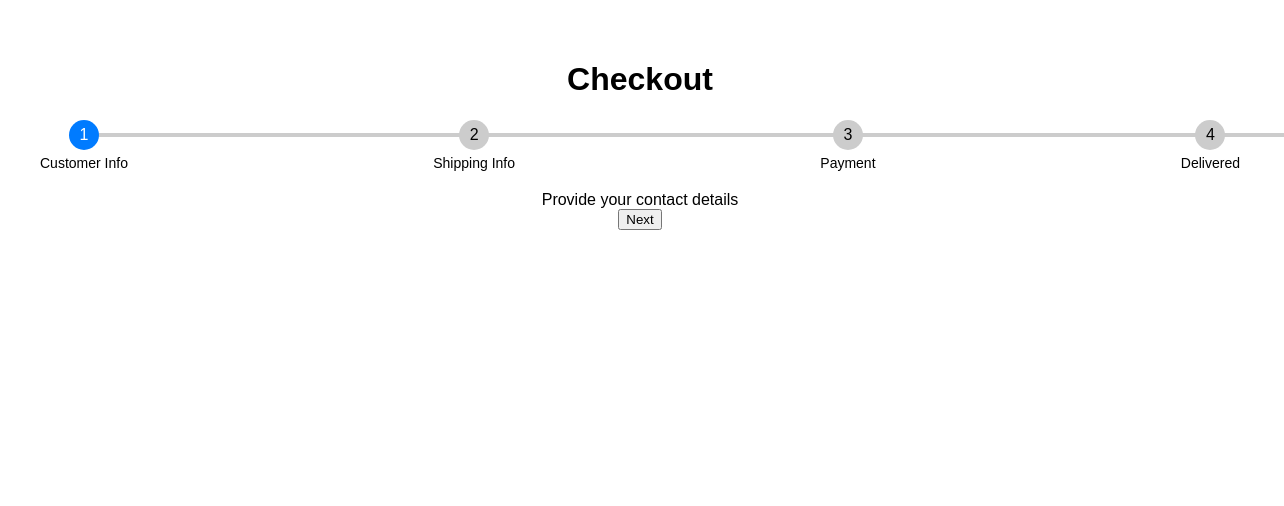
Repository: s-babaeizadeh/stepper-react
Page: /
The author's editor kept a copy of each file at every save. The page is drawn from the files as they stood at one save, then again after the next save.
The browser window is 1280 px wide. The page is 1284 px wide, then 1280 px, then 1284 px, so the pictures cover 1284 px, including what lies to the right of the window. The pictures show the whole page.
The project was rebuilt for these pictures with package versions that can differ from the ones it lists, and the page was loaded fresh each time. Also part of the build but not shown: vite.config.js.

Above is the page before, as saved 2024-08-10 12:09:45.

### src/App.jsx
import { Component, useState } from "react";

import "./App.css";
import CheckoutSteeper from "./components/CheckoutSteeper";

const CHECKOUT_STEPS = [
  {
    name: "Customer Info",
    Component: () => <div>Provide your contact details</div>,
  },
  {
    name: "Shipping Info",
    Component: () => <div>Enter you shipping address</div>,
  },
  {
    name: "Payment",
    Component: () => <div>Complete payment for your order</div>,
  },
  {
    name: "Delivered",
    Component: () => <div>Your order has been delivered</div>,
  },
];

function App() {
  return (
    <>
      <h1>Checkout</h1>
      <CheckoutSteeper stepsConfig={CHECKOUT_STEPS} />
    </>
  );
}

export default App;

### src/index.css
body {
  font-family: sans-serif;
}

.stepper {
  position: relative;
  display: flex;
  justify-content: space-between;
  align-items: center;
  margin-bottom: 20px;
}

.step {
  display: flex;
  flex-direction: column;
  align-items: center;
}

.step-number {
  width: 30px;
  height: 30px;
  border-radius: 50%;
  background-color: #ccc;
  display: flex;
  justify-content: center;
  align-items: center;
  margin-bottom: 5px;
  z-index: 2;
}

.step-name {
  font-size: 14px;
}

.active .step-number {
  background-color: #007bff;
  color: #fff;
}

.complete .step-number {
  background-color: #28a745;
  color: #fff;
}

.progress-bar {
  position: absolute;
  top: 25%;
  left: 0;
  height: 4px;
  background-color: #ccc;
}

.progress {
  height: 100%;
  background-color: #28a745;
  transition: 0.2s ease;
}

### src/App.css
#root {
  /* max-width: 1280px; */
  margin: 0 auto;
  padding: 2rem;
  text-align: center;
}

.step-name {
  font-size: 14px;
}

.active .step-number {
  background-color: #007bff;
  color: #fff;
}

.complete .step-number {
  background-color: #28a745;
  color: #fff;
}

.progress-bar {
  position: absolute;
  top: 25%;
  width: 100%;
  left: 0;
  height: 4px;
  background-color: #ccc;
}

.progress {
  height: 100%;
  background-color: #28a745;
  transition: 0.2s ease;
}

### src/components/CheckoutSteeper.jsx
/* eslint-disable react/prop-types */

import { useEffect, useRef, useState } from "react";

const CheckoutStepper = ({ stepsConfig = [] }) => {
  const [currentStep, setCurrentStep] = useState(1);
  const [isComplete, setIsComplete] = useState(false);
  const [margins, setMargins] = useState({
    marginLeft: 0,
    marginRight: 0,
  });
  const stepRef = useRef([]);

  useEffect(() => {
    setMargins({
      marginLeft: stepRef.current[0].offsetWidth / 2,
      marginRight: stepRef.current[stepsConfig.length - 1].offsetWidth / 2,
    });
  }, [stepRef, stepsConfig.length]);

  if (!stepsConfig.length) {
    return <></>;
  }

  const handleNext = () => {
    setCurrentStep((prevStep) => {
      if (prevStep === stepsConfig.length) {
        setIsComplete(true);
        return prevStep;
      } else {
        return prevStep + 1;
      }
    });
  };

  const calculateProgressBarWidth = () => {
    return ((currentStep - 1) / (stepsConfig.length - 1)) * 100;
  };

  const ActiveComponent = stepsConfig[currentStep - 1]?.Component;

  return (
    <>
      <div className="stepper">
        {stepsConfig.map((step, index) => {
          return (
            <div
              key={step.name}
              ref={(el) => (stepRef.current[index] = el)}
              className={`step ${
                currentStep > index + 1 || isComplete ? "complete" : ""
              } ${currentStep === index + 1 ? "active" : ""} `}
            >
              <div className="step-number">
                {currentStep > index + 1 || isComplete ? (
                  <span>&#10003;</span>
                ) : (
                  index + 1
                )}
              </div>
              <div className="step-name">{step.name}</div>
            </div>
          );
        })}

        <div
          className="progress-bar"
          style={{
            width: `calc(100%-${margins.marginLeft + margins.marginRight}px)`,
            marginLeft: margins.marginLeft,
            marginRight: margins.marginRight,
          }}
        >
          <div
            className="progress"
            style={{ width: `${calculateProgressBarWidth()}%` }}
          ></div>
        </div>
      </div>

      <ActiveComponent />

      {!isComplete && (
        <button className="btn" onClick={handleNext}>
          {currentStep === stepsConfig.length ? "Finish" : "Next"}
        </button>
      )}
    </>
  );
};

export default CheckoutStepper;

Loaded but not shown: index.html (common file); src/main.jsx (common file)

After the next save:
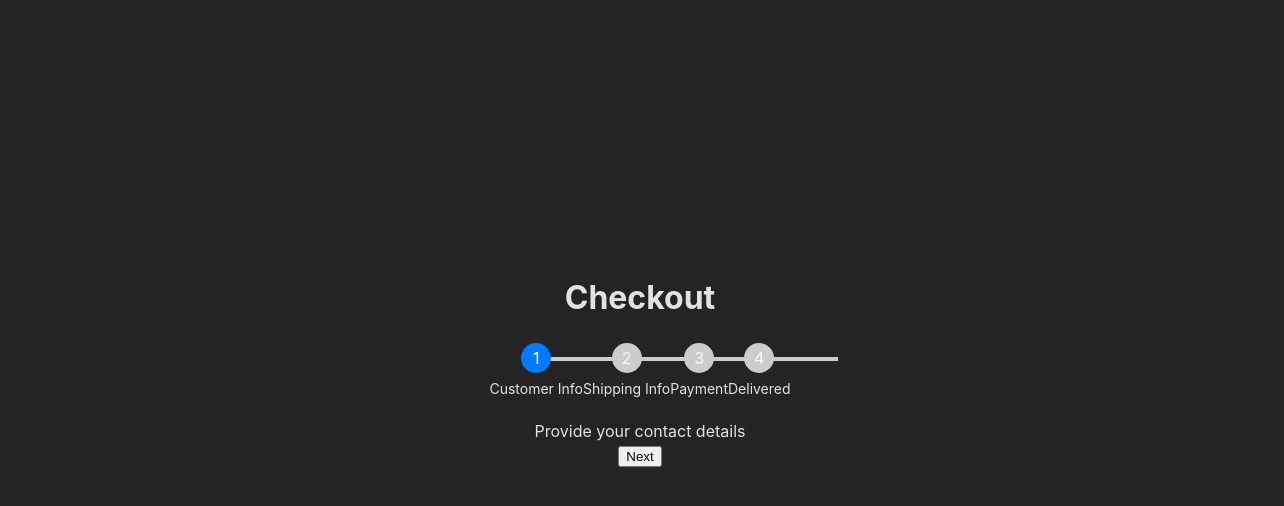
Saved 79 s later.
--- a/src/index.css
+++ b/src/index.css
@@ -1,5 +1,24 @@
+:root {
+  font-family: Inter, system-ui, Avenir, Helvetica, Arial, sans-serif;
+  line-height: 1.5;
+  font-weight: 400;
+
+  color-scheme: light dark;
+  color: rgba(255, 255, 255, 0.87);
+  background-color: #242424;
+
+  font-synthesis: none;
+  text-rendering: optimizeLegibility;
+  -webkit-font-smoothing: antialiased;
+  -moz-osx-font-smoothing: grayscale;
+}
+
 body {
-  font-family: sans-serif;
+  margin: 0;
+  display: flex;
+  place-items: center;
+  min-width: 320px;
+  min-height: 100vh;
 }
 
 .stepper {

After the save that followed:
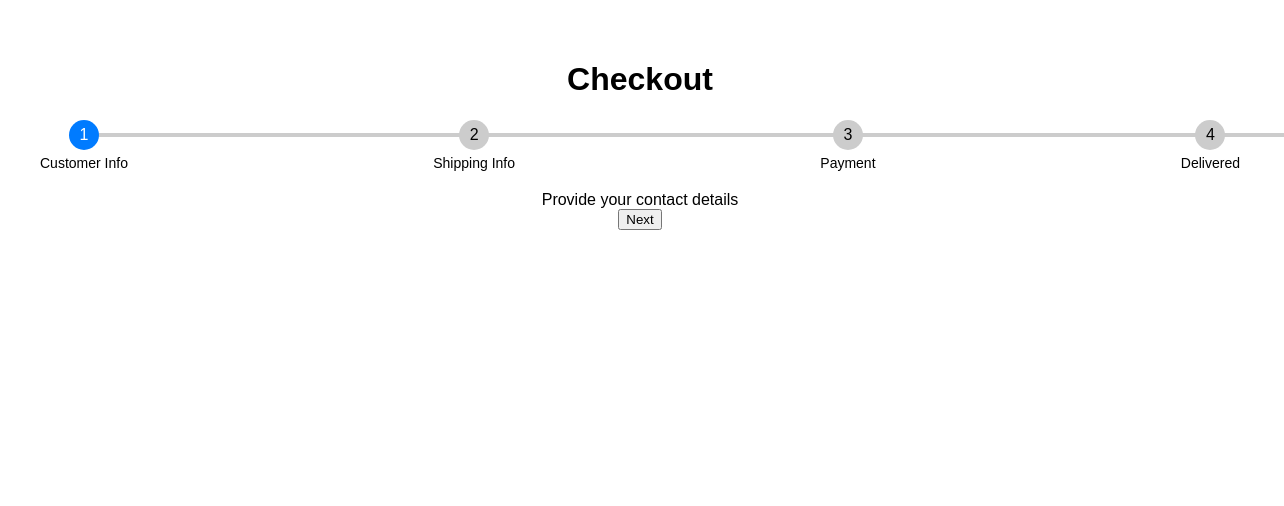
Saved 37 s later.
--- a/src/index.css
+++ b/src/index.css
@@ -1,24 +1,5 @@
-:root {
-  font-family: Inter, system-ui, Avenir, Helvetica, Arial, sans-serif;
-  line-height: 1.5;
-  font-weight: 400;
-
-  color-scheme: light dark;
-  color: rgba(255, 255, 255, 0.87);
-  background-color: #242424;
-
-  font-synthesis: none;
-  text-rendering: optimizeLegibility;
-  -webkit-font-smoothing: antialiased;
-  -moz-osx-font-smoothing: grayscale;
-}
-
 body {
-  margin: 0;
-  display: flex;
-  place-items: center;
-  min-width: 320px;
-  min-height: 100vh;
+  font-family: sans-serif;
 }
 
 .stepper {
